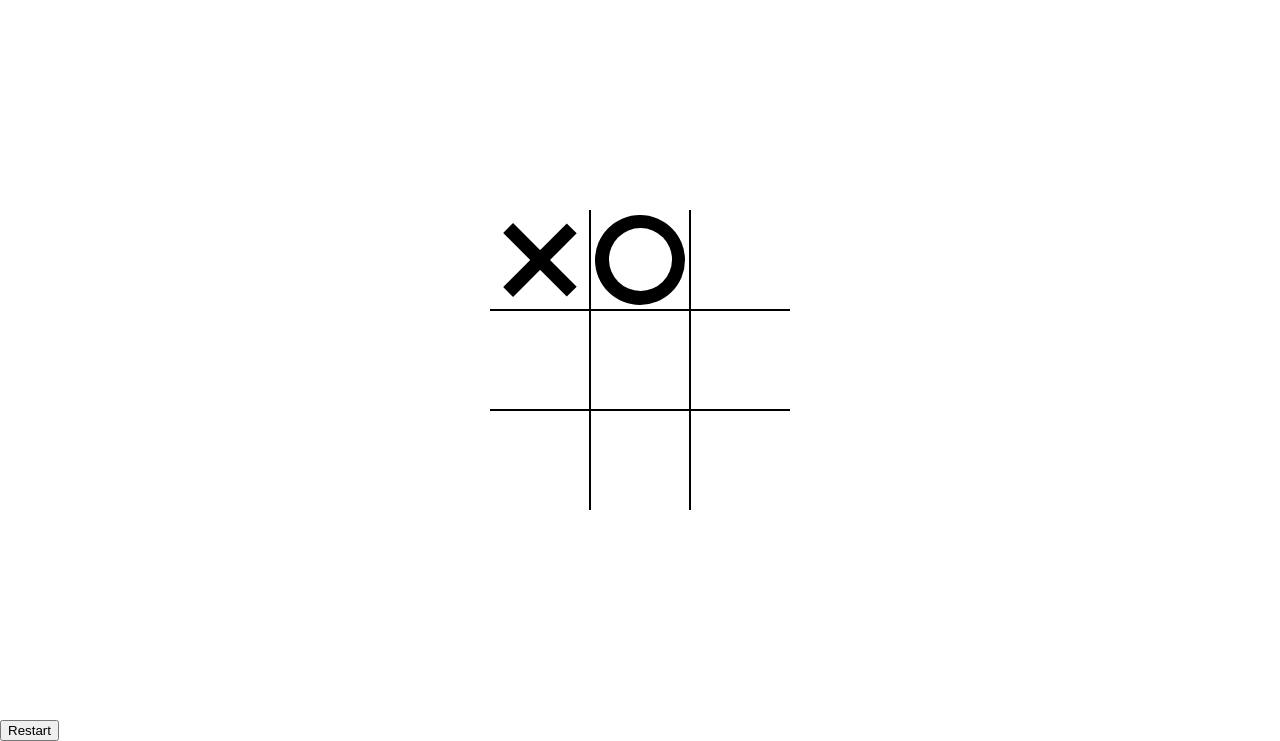
Repository: kate30980/pratice-tictactoe
Page: index.html
These files come from the project's save history. The page is drawn as it stood at one moment and after the next save; the edit follows.
The browser window is 1280 px wide. The pictures show the whole page.

Above is the page before, as saved 2021-08-05 22:21:18.
Not found: script.js

### index.html
<!DOCTYPE html>
<html lang="en">
<head>
    <meta charset="UTF-8">
    <meta http-equiv="X-UA-Compatible" content="IE=edge">
    <meta name="viewport" content="width=device-width, initial-scale=1.0">
    <link rel="stylesheet" href="styles.css">
    <script src="script.js" defer></script>
    <title>Tic Tac Toe</title>
</head>
<body>
    <div class="board x" id="board">
        <div class="cell x" data-cell></div>
        <div class="cell circle" data-cell></div>
        <div class="cell" data-cell></div>
        <div class="cell" data-cell></div>
        <div class="cell" data-cell></div>
        <div class="cell" data-cell></div>
        <div class="cell" data-cell></div>
        <div class="cell" data-cell></div>
        <div class="cell" data-cell></div>
    </div>
    <div class="winning-message">
        <div data-wining-message-text></div>
        <button id="restartButton">Restart</button>
    </div>
</body>
</html>

### styles.css
*,
*::after,
*::before {
  box-sizing: border-box;
}
:root {
  --cell-size: 100px;
  --mark-size: calc(var(--cell-size) * 0.9);
  /* do this because we want this mark size to be 90% of the cell size */
}
body {
  margin: 0;
}
.board {
  width: 100vw;
  height: 100vh;
  display: grid;
  justify-content: center;
  align-content: center;
  justify-items: center;
  align-items: center;
  grid-template-columns: repeat(3, auto);
}
.cell {
  width: var(--cell-size);
  height: var(--cell-size);
  border: 1px solid black;
  display: flex;
  justify-content: center;
  align-items: center;
  position: relative;
  cursor: pointer;
}
.cell:first-child,
.cell:nth-child(2),
.cell:nth-child(3) {
  border-top: none;
}

.cell:nth-child(3n + 1) {
  border-left: none;
}
.cell:nth-child(3n + 3) {
  border-right: none;
}
.cell:last-child,
.cell:nth-child(8),
.cell:nth-child(7) {
  border-bottom: none;
}
.cell.x,
.cell.circle {
  cursor: not-allowed;
}

.cell.x::before,
.cell.x::after {
  background-color: black;
}

.board.x .cell:not(.x):not(.circle):hover::before,
.board.x .cell:not(.x):not(.circle):hover::after {
  background-color: lightgrey;
}

.cell.x::before,
.cell.x::after,
.board.x .cell:not(.x):not(.circle):hover::before,
.board.x .cell:not(.x):not(.circle):hover::after {
  content: "";
  position: absolute;
  width: calc(var(--mark-size) * 0.15);
  height: var(--mark-size);
  /* background-color: black; */
}
.cell.x::before,
.board.x .cell:not(.x):not(.circle):hover::before {
  transform: rotate(45deg);
}
.cell.x::after,
.board.x .cell:not(.x):not(.circle):hover::after {
  transform: rotate(-45deg);
}

.cell.circle::before,
.cell.circle::after {
  content: "";
  position: absolute;
  border-radius: 50%;
}
.cell.circle::before {
  width: var(--mark-size);
  height: var(--mark-size);
  background-color: black;
}
.cell.circle::after {
  width: calc(var(--mark-size) * 0.7);
  height: calc(var(--mark-size) * 0.7);
  background-color: white;
}

After the next save:
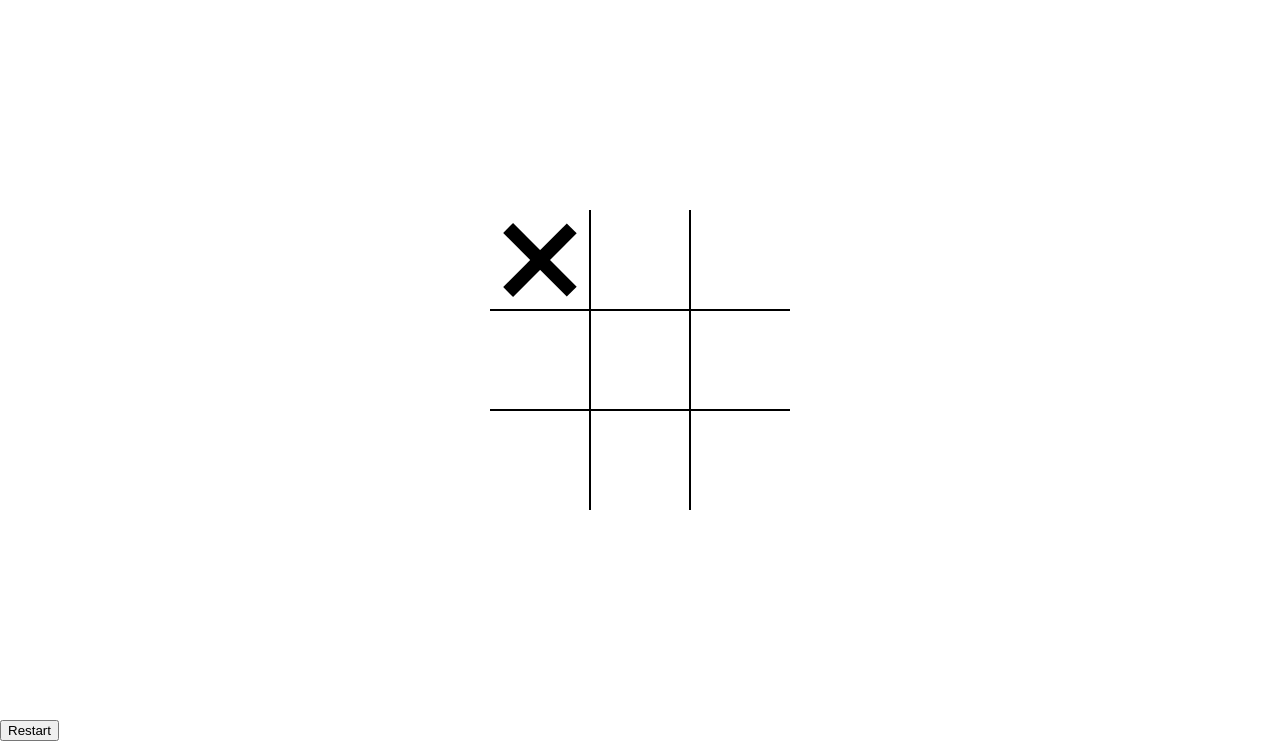
Saved 89 s later.
--- a/styles.css
+++ b/styles.css
@@ -83,7 +83,9 @@
 }
 
 .cell.circle::before,
-.cell.circle::after {
+.cell.circle::after,
+.board.circle .cell:not(.x):not(.circle):hover::before, {
+.board.circle .cell:not(.x):not(.circle):hover::after {
   content: "";
   position: absolute;
   border-radius: 50%;

After the save that followed:
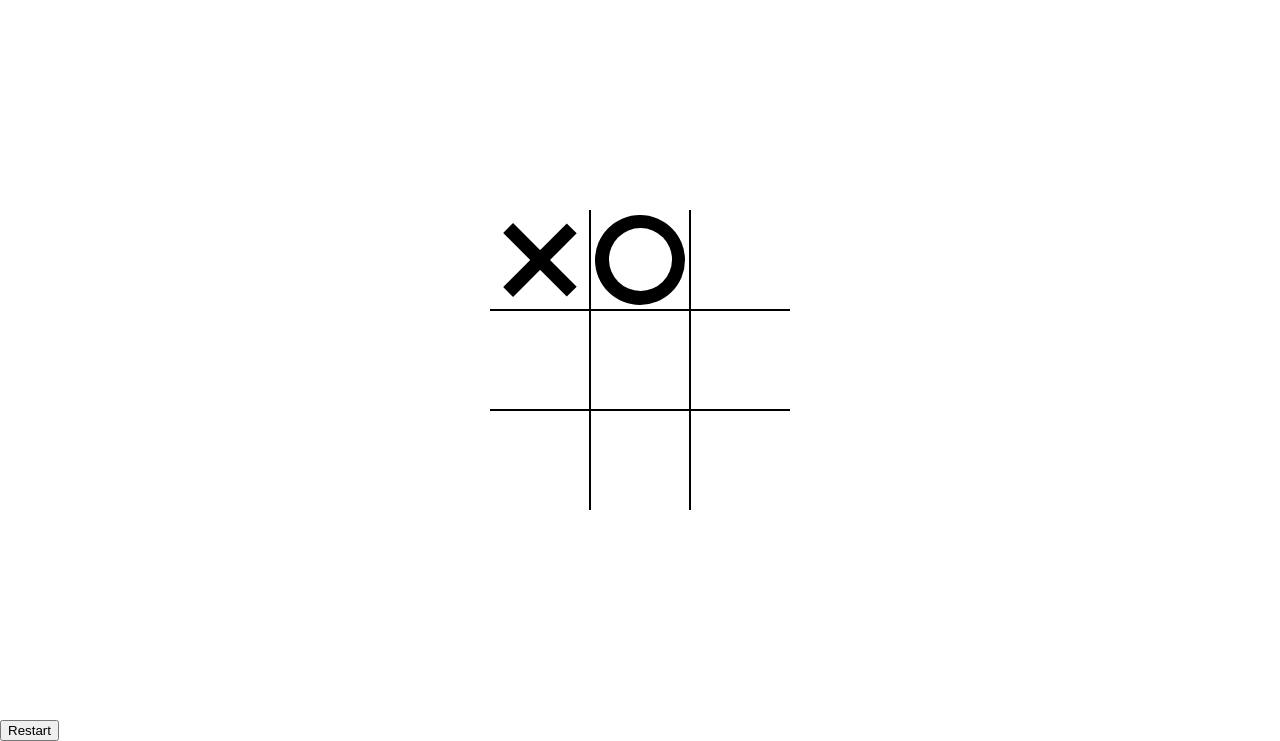
Saved 5 s later.
--- a/styles.css
+++ b/styles.css
@@ -84,7 +84,7 @@
 
 .cell.circle::before,
 .cell.circle::after,
-.board.circle .cell:not(.x):not(.circle):hover::before, {
+.board.circle .cell:not(.x):not(.circle):hover::before,
 .board.circle .cell:not(.x):not(.circle):hover::after {
   content: "";
   position: absolute;
